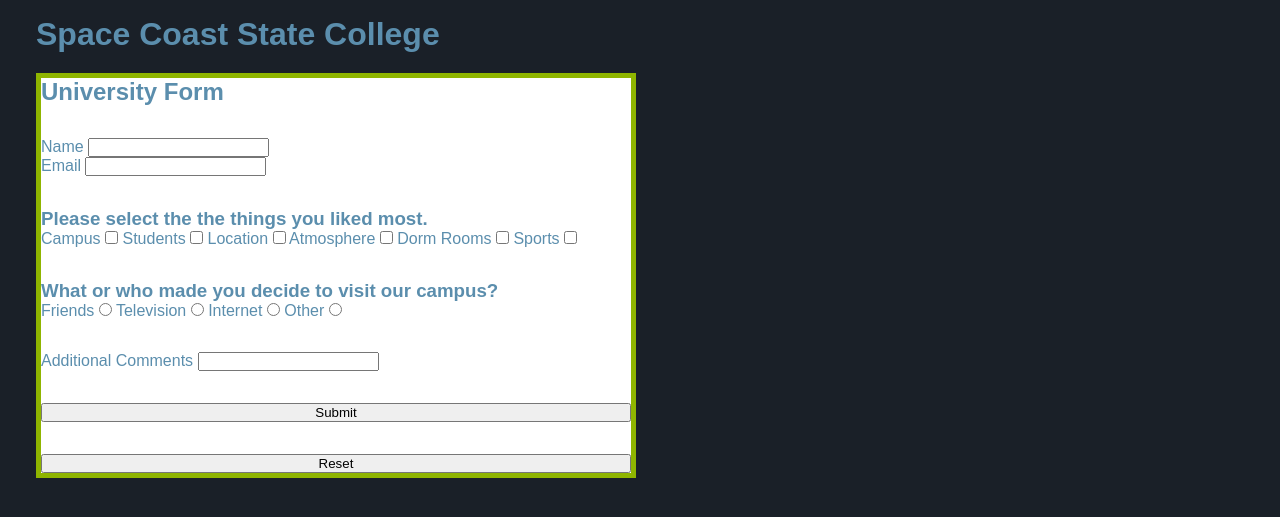
Repository: mlmEFSC21/P2-University-Form
Page: index.html
The author's editor kept a copy of each file at every save. The page is drawn from the files as they stood at one save, then again after the next save.
The browser window is 1280 px wide. The pictures show the whole page.
Some web fonts or font styles are not loaded; a fallback is used.

Above is the page before, as saved 2022-01-29 18:34:05.

### index.html
<!DOCTYPE html>
<html lang="en">
    <head>
        <meta charset="UTF-8" />
        <meta http-equiv="X-UA-Compatible" content="IE=edge" />
        <meta name="viewport" content="width=device-width, initial-scale=1.0" />
        <title>University Form</title>
        <link rel="stylesheet" href="uniFormStyles.css" />
    </head>
    <body>
        <header>
            <h1>Space Coast State College</h1>
        </header>
        <main>
          <section class="main">
            <h2>University Form</h2>
            <article class="info">
            <!-- REMEMBER TO CHANGE THIS TO A POST TO DEITEL!!!!!!!!!!-->
            <form action="results.html" method="GET">
                <div>
                    <label for="name">Name</label>
                    <input type="text" id="name" name="name" required />
                </div>
                <div>
                    <label for="email">Email</label>
                    <input type="email" id="email" name="email" required />
                </div>
                </article>
                <article class="favFeatures">
                    <h3>Please select the the things you liked most.</h3>
                    <label for="campus">Campus</label>
                    <input type="checkbox" id="campus" name="campus" />
                    <label for="students">Students</label>
                    <input type="checkbox" id="students" name="students" />
                    <label for="location">Location</label>
                    <input type="checkbox" id="location" name="location" />
                    <label for="atmosphere">Atmosphere</label>
                    <input type="checkbox" id="atmosphere" name="atmosphere" />
                    <label for="dorms">Dorm Rooms</label>
                    <input type="checkbox" id="dorms" name="dorms" />
                    <label for="sports">Sports</label>
                    <input type="checkbox" id="sports" name="sports" />
                </article>
                <article class="">
                    <h3>What or who made you decide to visit our campus?</h3>
                    <label for="friends">Friends</label>
                    <input type="radio" id="friends" name="referred" required />
                    <label for="television">Television</label>
                    <input type="radio" id="television" name="referred" />
                    <label for="internet">Internet</label>
                    <input type="radio" id="internet" name="referred" />
                    <label for="other">Other</label>
                    <input type="radio" id="other" name="referred" />
                </article>
                <div>
                    <label for="comments">Additional Comments</label>
                    <input type="text" id="comments" name="comments" />
                </div>
                <button type="submit" class="submit">Submit</button>
                <button type="reset" class="reset">Reset</button>
            </form>
            </section>
        </main>
    </body>
</html>

### uniFormStyles.css
@import url("https://fonts.googleapis.com/css2?family=Spectral:wght@300&display=swap");

:root {
    --clr-prime: #003c5e;
    --clr-second: #1a2028;
    --clr-accent: #8fb500;
    --clr-font-prime: #5b8ead;
    --clr-font-second: black;
}

* {
    margin: 0;
    padding: 0;
    box-sizing: border-box;
}
body {
    margin: 0 1.25em;
    padding: 1em;
    background-color: var(--clr-second);
    font-family: "Spectral", sans-serif;
    color: var(--clr-font-prime);
}
header {
    color: var(--clr-font-prime);
    margin-bottom: 1.25em;
}
.main {
    display: flex;
    flex-direction: column;
    flex-grow: 3;
    width: 600px;
    border: 5px solid var(--clr-accent);
    background-color: white;
    gap: 2rem;
    justify-content: center;
}
form {
}

After the next save:
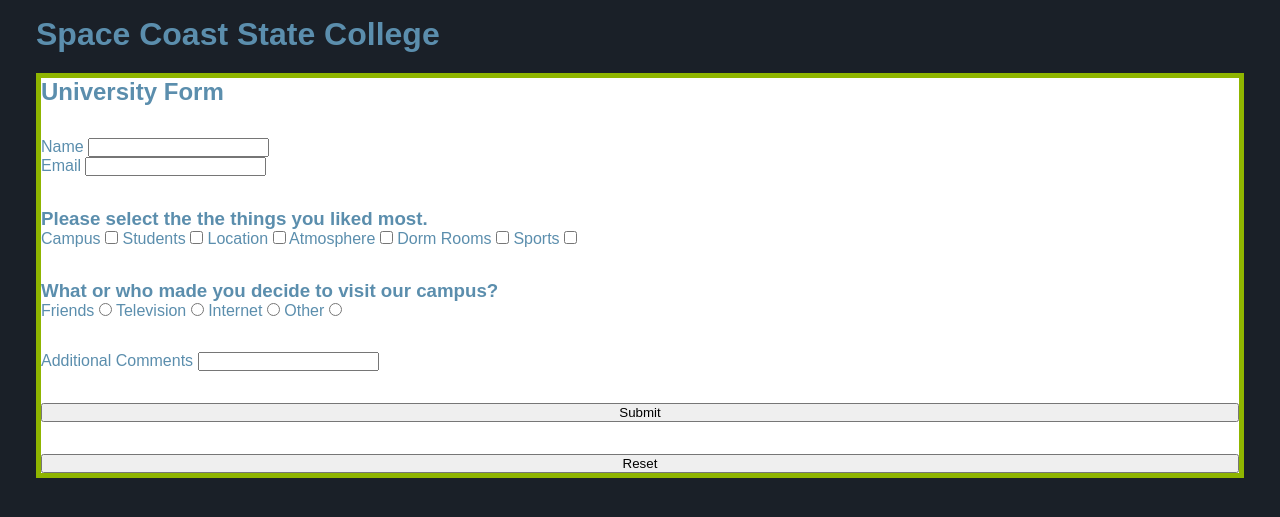
Saved 10 s later.
--- a/uniFormStyles.css
+++ b/uniFormStyles.css
@@ -27,8 +27,6 @@ header {
 .main {
     display: flex;
     flex-direction: column;
-    flex-grow: 3;
-    width: 600px;
     border: 5px solid var(--clr-accent);
     background-color: white;
     gap: 2rem;
